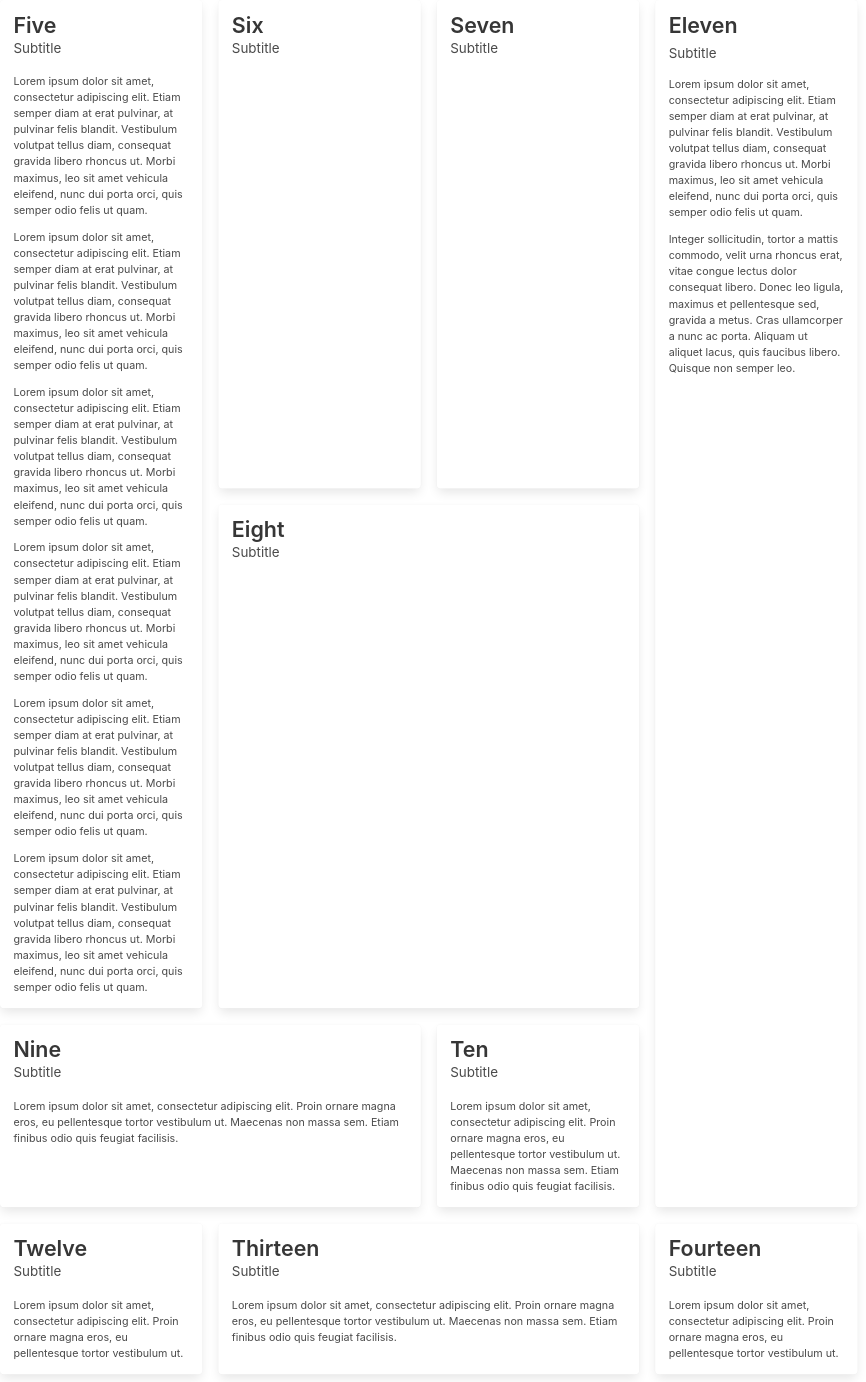
Repository: hlabeleda/project1
Page: Project1/indextiles.html
These files come from the project's save history. The page is drawn as it stood at one moment and after the next save; the edit follows.
The browser window is 1280 px wide. The page is 1292 px wide, so the pictures cover 1292 px, including what lies to the right of the window. The pictures show the whole page, at 67% of full size.
Some web libraries are served in a nearby version.

Above is the page before, as saved 2021-04-28 00:21:44.

After the next save:
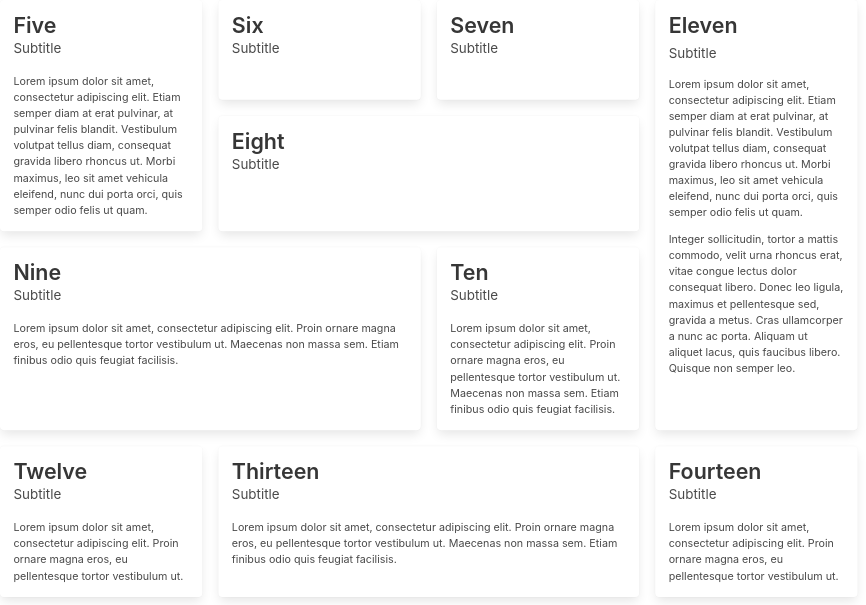
Saved 22 s later.
--- a/Project1/indextiles.html
+++ b/Project1/indextiles.html
@@ -30,11 +30,6 @@
                 <p class="title">Five</p>
                 <p class="subtitle">Subtitle</p>
                 <div class="content">
-                  <p>Lorem ipsum dolor sit amet, consectetur adipiscing elit. Etiam semper diam at erat pulvinar, at pulvinar felis blandit. Vestibulum volutpat tellus diam, consequat gravida libero rhoncus ut. Morbi maximus, leo sit amet vehicula eleifend, nunc dui porta orci, quis semper odio felis ut quam.</p>
-                  <p>Lorem ipsum dolor sit amet, consectetur adipiscing elit. Etiam semper diam at erat pulvinar, at pulvinar felis blandit. Vestibulum volutpat tellus diam, consequat gravida libero rhoncus ut. Morbi maximus, leo sit amet vehicula eleifend, nunc dui porta orci, quis semper odio felis ut quam.</p>
-                  <p>Lorem ipsum dolor sit amet, consectetur adipiscing elit. Etiam semper diam at erat pulvinar, at pulvinar felis blandit. Vestibulum volutpat tellus diam, consequat gravida libero rhoncus ut. Morbi maximus, leo sit amet vehicula eleifend, nunc dui porta orci, quis semper odio felis ut quam.</p>
-                  <p>Lorem ipsum dolor sit amet, consectetur adipiscing elit. Etiam semper diam at erat pulvinar, at pulvinar felis blandit. Vestibulum volutpat tellus diam, consequat gravida libero rhoncus ut. Morbi maximus, leo sit amet vehicula eleifend, nunc dui porta orci, quis semper odio felis ut quam.</p>
-                  <p>Lorem ipsum dolor sit amet, consectetur adipiscing elit. Etiam semper diam at erat pulvinar, at pulvinar felis blandit. Vestibulum volutpat tellus diam, consequat gravida libero rhoncus ut. Morbi maximus, leo sit amet vehicula eleifend, nunc dui porta orci, quis semper odio felis ut quam.</p>
                   <p>Lorem ipsum dolor sit amet, consectetur adipiscing elit. Etiam semper diam at erat pulvinar, at pulvinar felis blandit. Vestibulum volutpat tellus diam, consequat gravida libero rhoncus ut. Morbi maximus, leo sit amet vehicula eleifend, nunc dui porta orci, quis semper odio felis ut quam.</p>
                 </div>
               </article>
